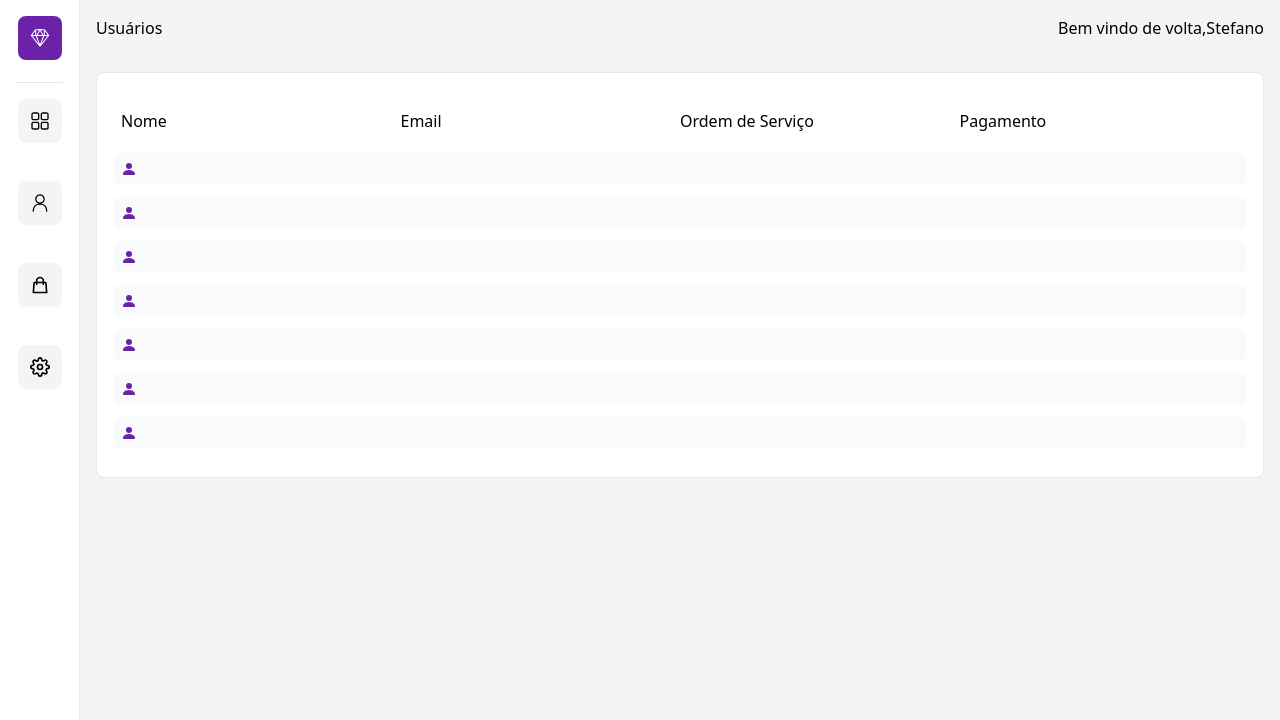
Repository: stefanosousaa/dashboard-next13
Page: /costumers
The author's editor kept a copy of each file at every save. The page is drawn from the files as they stood at one save, then again after the next save.
The browser window is 1280 px wide. The pictures show the whole page.
The project was rebuilt for these pictures with package versions that can differ from the ones it lists, and the page was loaded fresh each time. The framework's server and built-in components were replaced by stand-ins that run in the browser. Also part of the build but not shown: next.config.js.

Above is the page before, as saved 2023-05-16 19:26:21.

### pages/_app.js
import Sidebar from '@/components/Sidebar'
import '@/styles/globals.css'

export default function App({ Component, pageProps }) {
  return (
    <Sidebar>
        <Component {...pageProps} />
    </Sidebar>

  )
}

### pages/costumers.jsx
import React from 'react'
import {BsPersonFill, BsThreeDotsVertical} from 'react-icons/bs'
import {data} from '../data/data.js'

const costumers = () => {
  return (
    <div className='bg-gray-100 min-h-screen'>
        <div className='flex justify-between p-4'>
            <h2>Usuários</h2>
            <h2>Bem vindo de volta,Stefano</h2>
        </div>
        <div className='p-4'>
            <div className='w-full m-auto p-4 border rounded-lg bg-white overflow-y-auto'>
              <div className='my-3 p-2 grid md:grid-cols-4 sm:grid-cols-3 grid-cols-2 items-center justify-between cursor-pointer'>
                <span>Nome</span>
                <span className='sm:text-left text-right'>Email</span>
                <span className='hidden md:grid'>Ordem de Serviço</span>
                <span className='hidden sm:grid'>Pagamento </span>
              </div>
              <ul>
                {data.map((order,id) => (
                    <li key={id} className='bg-gray-50 hover:bg-gray-100 rounded-lg my-3 p-2 grid md:grid-cols-4 sm:grid-cols-3 grid-cols-2 items-center justify-between cursor-pointer'>
                      <div>
                        <BsPersonFill className='text-purple-800'/>
                      </div>
                    </li>
                ))}
              </ul>
            </div>
        </div>
    </div>
  )
}

export default costumers

### components/Sidebar.jsx
import Link from 'next/link'
import Image from 'next/image'
import React from 'react'
import {RxSketchLogo,RxDashboard, RxPerson} from 'react-icons/rx'
import {FiSettings} from 'react-icons/fi'
import {HiOutlineShoppingBag} from 'react-icons/hi'

const Sidebar = ({children}) => {
  return (
    <div className='flex'>
        <div className='fixed w-20 h-screen p-4 bg-white border-r-[1px] flex flex-col justify-between'>
        <div className='flex flex-col items-center'>

          <Link href='/'>
            <div className='bg-purple-800 text-white p-3 rounded-lg inline-block'>
              <RxSketchLogo size={20}/>
            </div>
          </Link>
          <span className='border-b-[1px] border-gray-200 w-full p-2'></span>
          <Link href='/'>
            <div className='bg-gray-100 hover:bg-gray-200 cursor-pointer my-4 p-3 rounded-lg inline-block'>
              <RxDashboard size={20}/>
            </div>
          </Link>
          <Link href='/costumers'>
            <div className='bg-gray-100 hover:bg-gray-200 cursor-pointer my-4 p-3 rounded-lg inline-block'>
              <RxPerson size={20}/>
            </div>
          </Link>
          <Link href='/orders'>
            <div className='bg-gray-100 hover:bg-gray-200 cursor-pointer my-4 p-3 rounded-lg inline-block'>
              <HiOutlineShoppingBag size={20}/>
            </div>
          </Link>
          <Link href='/'>
            <div className='bg-gray-100 hover:bg-gray-200 cursor-pointer my-4 p-3 rounded-lg inline-block'>
              <FiSettings size={20}/>
            </div>
          </Link>
        </div>
        </div>

        <main className='ml-20 w-full'>{children}</main>
    </div>
  )
}

export default Sidebar

### data/data.js
export const data = [
    {
        id:1,
        name: {
            first: 'Stefano',
            last: 'Sousa',
        },
        total: 2147.00,
        status: 'On Hold',
        method: 'PayPal',
        date: '15 minutos atrás',
    },
    {
        id:2,
        name: {
            first: 'Stefano',
            last: 'Sousa',
        },
        total: 2147.00,
        status: 'On Hold',
        method: 'PayPal',
        date: '15 minutos atrás',
    },
    {
        id:3,
        name: {
            first: 'Stefano',
            last: 'Sousa',
        },
        total: 2147.00,
        status: 'On Hold',
        method: 'PayPal',
        date: '15 minutos atrás',
    },
    {
        id:4,
        name: {
            first: 'Stefano',
            last: 'Sousa',
        },
        total: 2147.00,
        status: 'On Hold',
        method: 'PayPal',
        date: '15 minutos atrás',
    },
    {
        id:5,
        name: {
            first: 'Stefano',
            last: 'Sousa',
        },
        total: 2147.00,
        status: 'On Hold',
        method: 'PayPal',
        date: '15 minutos atrás',
    },
    {
        id:6,
        name: {
            first: 'Stefano',
            last: 'Sousa',
        },
        total: 2147.00,
        status: 'On Hold',
        method: 'PayPal',
        date: '15 minutos atrás',
    },
    {
        id:7,
        name: {
            first: 'Stefano',
            last: 'Sousa',
        },
        total: 2147.00,
        status: 'On Hold',
        method: 'PayPal',
        date: '15 minutos atrás',
    },
]

Loaded but not shown: pages/_document.js (common file); pages/api/hello.js (common file); styles/globals.css (common file); tailwind.config.js (common file)

After the next save:
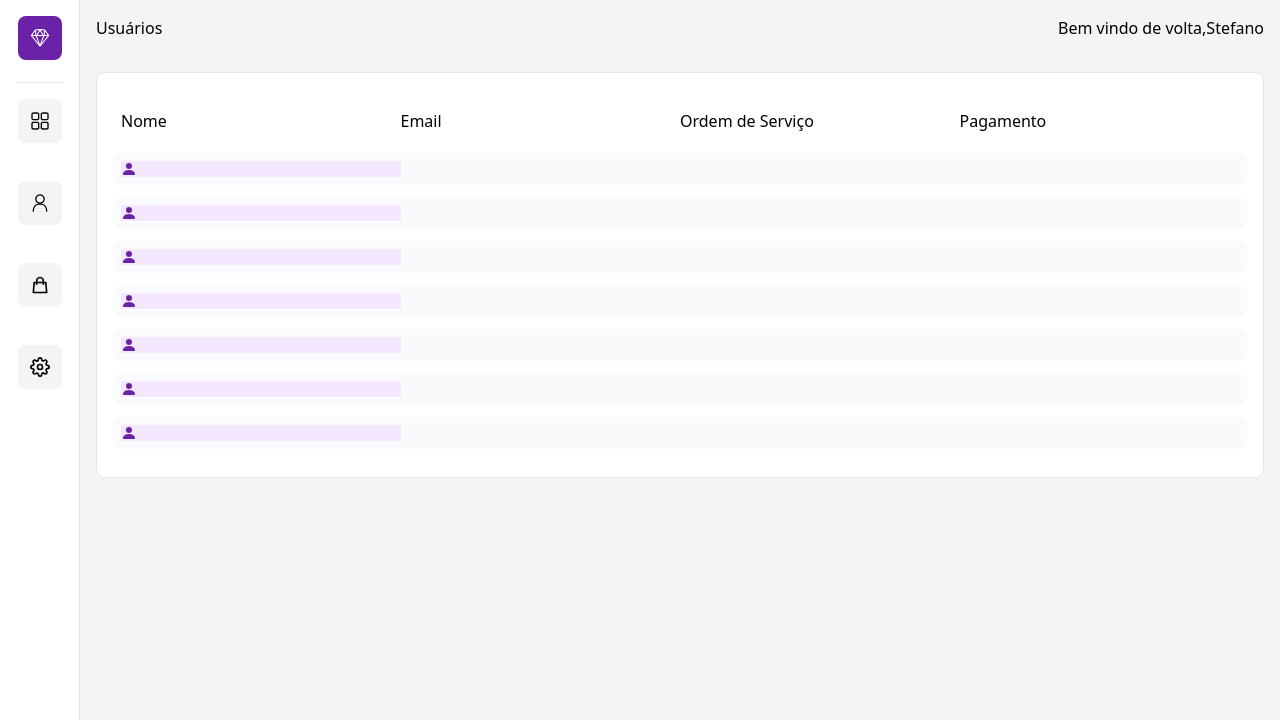
Saved 25 s later.
--- a/pages/costumers.jsx
+++ b/pages/costumers.jsx
@@ -20,7 +20,7 @@ const costumers = () => {
               <ul>
                 {data.map((order,id) => (
                     <li key={id} className='bg-gray-50 hover:bg-gray-100 rounded-lg my-3 p-2 grid md:grid-cols-4 sm:grid-cols-3 grid-cols-2 items-center justify-between cursor-pointer'>
-                      <div>
+                      <div className='bg-purple-100'>
                         <BsPersonFill className='text-purple-800'/>
                       </div>
                     </li>
